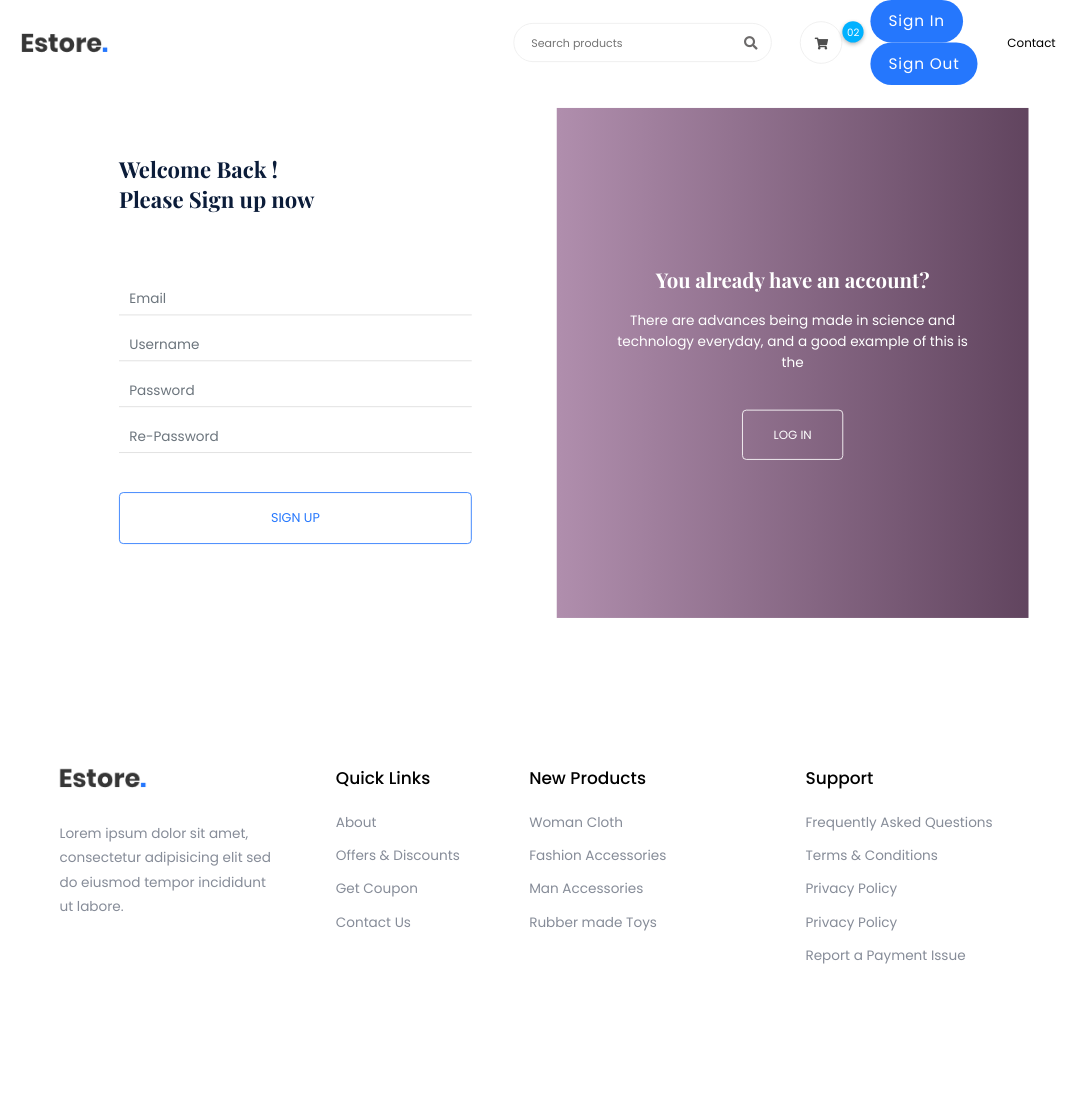
Repository: tuanloc782004/Estore-Bookshop-Website
Page: http://localhost/auth/register
These files come from the project's save history. The page is drawn as it stood at one moment and after the next save; the edit follows.
The browser window is 1280 px wide. The pictures show the whole page, at 85% of full size.
Some web fonts or font styles are not loaded; a fallback is used. The page is this project's Thymeleaf template; nobody is signed in. Other server files are loaded and not shown. The template is opened directly, without the code that normally fills it, so the values that code supplies are empty.

Above is the page before, as saved 2024-10-26 15:23:46.

### myscp/src/main/resources/templates/auth/register.html
<!doctype html>
<html lang="zxx" xmlns:th="http://www.thymeleaf.org"
	xmlns:sec="https://www.thymeleaf.org/extras/spring-security6">

<head th:replace="user/layout/head::head"></head>

<body>

	<div th:replace="user/layout/preloader-start::preloader-start"></div>

	<header th:replace="user/layout/header::header"></header>

	<!--================login_part Area =================-->
	<section class="login_part">
		<div class="container">
			<div class="row align-items-center">
				<div class="col-lg-6 col-md-6">
					<div class="login_part_form">
						<div class="login_part_form_iner">
							<div th:if="${param.error}">Invalid username and password.
							</div>
							<div th:if="${param.logout}">You have been logged out.</div>
							<h3>
								Welcome Back ! <br> Please Sign up now
							</h3>
							<form class="row contact_form" th:action="@{/register}"
								method="post" novalidate="novalidate">
								<div class="col-md-12 form-group p_star">
									<input type="email" class="form-control" id="email"
										name="email" value="" placeholder="Email">
								</div>
								<div class="col-md-12 form-group p_star">
									<input type="text" class="form-control" id="name"
										name="username" value="" placeholder="Username">
								</div>
								<div class="col-md-12 form-group p_star">
									<input type="password" class="form-control" id="password"
										name="password" value="" placeholder="Password">
								</div>
								<div class="col-md-12 form-group p_star">
									<input type="password" class="form-control" id="rePassword"
										name="rePassword" value="" placeholder="Re-Password">
								</div>
								<div class="col-md-12 form-group">
									<button type="submit" value="submit" class="btn_3">
										Sign up</button>
								</div>
							</form>
						</div>
					</div>
				</div>
				<div class="col-lg-6 col-md-6">
					<div class="login_part_text text-center">
						<div class="login_part_text_iner">
							<h2>You already have an account?</h2>
							<p>There are advances being made in science and technology
								everyday, and a good example of this is the</p>
							<a th:href="@{/login}" class="btn_3">Log in</a>
						</div>
					</div>
				</div>
			</div>
		</div>
	</section>
	<!--================login_part end =================-->

	<footer th:replace="user/layout/footer::footer"></footer>

	<div th:replace="user/layout/script::script"></div>

</body>

</html>

### myscp/src/main/resources/templates/user/layout/head.html
<head th:fragment="head">
<meta charset="utf-8">
<meta http-equiv="x-ua-compatible" content="ie=edge">
<title>Estore</title>
<meta name="description" content="">
<meta name="viewport" content="width=device-width, initial-scale=1">
<link rel="manifest" href="site.webmanifest">
<link rel="shortcut icon" type="image/x-icon"
	th:href="@{/assets/img/favicon.ico}">

<!-- CSS here -->
<link rel="stylesheet" th:href="@{/assets/css/bootstrap.min.css}">
<link rel="stylesheet" th:href="@{/assets/css/owl.carousel.min.css}">
<link rel="stylesheet" th:href="@{/assets/css/flaticon.css}">
<link rel="stylesheet" th:href="@{/assets/css/slicknav.css}">
<link rel="stylesheet" th:href="@{/assets/css/animate.min.css}">
<link rel="stylesheet" th:href="@{/assets/css/magnific-popup.css}">
<link rel="stylesheet" th:href="@{/assets/css/fontawesome-all.min.css}">
<link rel="stylesheet" th:href="@{/assets/css/themify-icons.css}">
<link rel="stylesheet" th:href="@{/assets/css/slick.css}">
<link rel="stylesheet" th:href="@{/assets/css/nice-select.css}">
<link rel="stylesheet" th:href="@{/assets/css/style.css}">
</head>

### myscp/src/main/resources/templates/user/layout/preloader-start.html
<!-- Preloader Start -->
<div id="preloader-active" th:fragment="preloader-start">
	<div class="preloader d-flex align-items-center justify-content-center">
		<div class="preloader-inner position-relative">
			<div class="preloader-circle"></div>
			<div class="preloader-img pere-text">
				<img th:src="@{/assets/img/logo/logo.png}" alt="">
			</div>
		</div>
	</div>
</div>
<!-- Preloader Start -->

### myscp/src/main/resources/templates/user/layout/header.html
<header th:fragment="header">
	<!-- Header Start -->
	<div class="header-area">
		<div class="main-header ">
			<div class="header-bottom  header-sticky">
				<div class="container-fluid">
					<div class="row align-items-center">
						<!-- Logo -->
						<div class="col-xl-1 col-lg-1 col-md-1 col-sm-3">
							<div class="logo">
								<a th:href="@{/}"><img th:src="@{/assets/img/logo/logo.png}"
									alt=""></a>
							</div>
						</div>
						<div class="col-xl-10 col-lg-10 col-md-10 col-sm-6">
							<ul
								class="header-right f-right d-flex justify-content-between align-items-center">
								<li class="d-none d-xl-block">
									<div class="form-box f-right ">
										<input type="text" name="Search" placeholder="Search products">
										<div class="search-icon">
											<i class="fas fa-search special-tag"></i>
										</div>
									</div>
								</li>
								<li>
									<div class="shopping-card">
										<a href="cart.html"><i class="fas fa-shopping-cart"></i></a>
									</div>
								</li>
								<li class="d-none d-lg-block"><sec:authorize
										access="isAnonymous()">
										<form th:action="@{/login}" method="get">
											<input type="submit" value="Sign In" class="btn header-btn"/>
										</form>
									</sec:authorize> <sec:authorize access="isAuthenticated()">
										<form th:action="@{/logout}" method="post">
											<input type="submit" value="Sign Out" class="btn header-btn"/>
										</form>
									</sec:authorize></li>
							</ul>
						</div>


						<div class="col-xl-1 col-lg-1 col-md-1 col-sm-3">
							<!-- Main-menu -->
							<div class="main-menu f-right d-none d-lg-block">
								<nav>
									<ul id="navigation">
										<li><a href="contact.html">Contact</a></li>
									</ul>
								</nav>
							</div>
						</div>
						<!-- Mobile Menu -->
						<div class="col-12">
							<div class="mobile_menu d-block d-lg-none"></div>
						</div>
					</div>
				</div>
			</div>
		</div>
	</div>
	<!-- Header End -->
</header>

### myscp/src/main/resources/templates/user/layout/footer.html
<footer th:fragment="footer">

	<!-- Footer Start-->
	<div class="footer-area footer-padding">
		<div class="container">
			<div class="row d-flex justify-content-between">
				<div class="col-xl-3 col-lg-3 col-md-5 col-sm-6">
					<div class="single-footer-caption mb-50">
						<div class="single-footer-caption mb-30">
							<!-- logo -->
							<div class="footer-logo">
								<a href="index.html"><img
									th:src="@{/assets/img/logo/logo2_footer.png}" alt=""></a>
							</div>
							<div class="footer-tittle">
								<div class="footer-pera">
									<p>Lorem ipsum dolor sit amet, consectetur adipisicing elit
										sed do eiusmod tempor incididunt ut labore.</p>
								</div>
							</div>
						</div>
					</div>
				</div>
				<div class="col-xl-2 col-lg-3 col-md-3 col-sm-5">
					<div class="single-footer-caption mb-50">
						<div class="footer-tittle">
							<h4>Quick Links</h4>
							<ul>
								<li><a href="#">About</a></li>
								<li><a href="#"> Offers & Discounts</a></li>
								<li><a href="#"> Get Coupon</a></li>
								<li><a href="#"> Contact Us</a></li>
							</ul>
						</div>
					</div>
				</div>
				<div class="col-xl-3 col-lg-3 col-md-4 col-sm-7">
					<div class="single-footer-caption mb-50">
						<div class="footer-tittle">
							<h4>New Products</h4>
							<ul>
								<li><a href="#">Woman Cloth</a></li>
								<li><a href="#">Fashion Accessories</a></li>
								<li><a href="#"> Man Accessories</a></li>
								<li><a href="#"> Rubber made Toys</a></li>
							</ul>
						</div>
					</div>
				</div>
				<div class="col-xl-3 col-lg-3 col-md-5 col-sm-7">
					<div class="single-footer-caption mb-50">
						<div class="footer-tittle">
							<h4>Support</h4>
							<ul>
								<li><a href="#">Frequently Asked Questions</a></li>
								<li><a href="#">Terms & Conditions</a></li>
								<li><a href="#">Privacy Policy</a></li>
								<li><a href="#">Privacy Policy</a></li>
								<li><a href="#">Report a Payment Issue</a></li>
							</ul>
						</div>
					</div>
				</div>
			</div>
		</div>
	</div>
	<!-- Footer End-->

</footer>

### myscp/src/main/resources/templates/user/layout/script.html
<div th:fragment="script">
	<!-- JS here -->

	<!-- All JS Custom Plugins Link Here here -->
	<script th:src="@{/assets/js/vendor/modernizr-3.5.0.min.js}"></script>
	<!-- Jquery, Popper, Bootstrap -->
	<script th:src="@{/assets/js/vendor/jquery-1.12.4.min.js}"></script>
	<script th:src="@{/assets/js/popper.min.js}"></script>
	<script th:src="@{/assets/js/bootstrap.min.js}"></script>
	<!-- Jquery Mobile Menu -->
	<script th:src="@{/assets/js/jquery.slicknav.min.js}"></script>

	<!-- Jquery Slick , Owl-Carousel Plugins -->
	<script th:src="@{/assets/js/owl.carousel.min.js}"></script>
	<script th:src="@{/assets/js/slick.min.js}"></script>

	<!-- One Page, Animated-HeadLin -->
	<script th:src="@{/assets/js/wow.min.js}"></script>
	<script th:src="@{/assets/js/animated.headline.js}"></script>
	<script th:src="@{/assets/js/jquery.magnific-popup.js}"></script>

	<!-- Scrollup, nice-select, sticky -->
	<script th:src="@{/assets/js/jquery.scrollUp.min.js}"></script>
	<script th:src="@{/assets/js/jquery.nice-select.min.js}"></script>
	<script th:src="@{/assets/js/jquery.sticky.js}"></script>
	<script src="./assets/js/jquery.magnific-popup.js"></script>

	<!-- contact js -->
	<script th:src="@{/assets/js/contact.js}"></script>
	<script th:src="@{/assets/js/jquery.form.js}"></script>
	<script th:src="@{/assets/js/jquery.validate.min.js}"></script>
	<script th:src="@{/assets/js/mail-script.js}"></script>
	<script th:src="@{/assets/js/jquery.ajaxchimp.min.js}"></script>

	<!-- Jquery Plugins, main Jquery -->
	<script th:src="@{/assets/js/plugins.js}"></script>
	<script th:src="@{/assets/js/main.js}"></script>
</div>

### myscp/src/main/resources/static/assets/js/contact.js
$(document).ready(function(){

    (function($) {
        "use strict";


    jQuery.validator.addMethod('answercheck', function (value, element) {
        return this.optional(element) || /^\bcat\b$/.test(value)
    }, "type the correct answer -_-");

    // validate contactForm form
    $(function() {
        $('#contactForm').validate({
            rules: {
                name: {
                    required: true,
                    minlength: 2
                },
                subject: {
                    required: true,
                    minlength: 4
                },
                number: {
                    required: true,
                    minlength: 5
                },
                email: {
                    required: true,
                    email: true
                },
                message: {
                    required: true,
                    minlength: 20
                }
            },
            messages: {
                name: {
                    required: "come on, you have a name, don't you?",
                    minlength: "your name must consist of at least 2 characters"
                },
                subject: {
                    required: "come on, you have a subject, don't you?",
                    minlength: "your subject must consist of at least 4 characters"
                },
                number: {
                    required: "come on, you have a number, don't you?",
                    minlength: "your Number must consist of at least 5 characters"
                },
                email: {
                    required: "no email, no message"
                },
                message: {
                    required: "um...yea, you have to write something to send this form.",
                    minlength: "thats all? really?"
                }
            },
            submitHandler: function(form) {
                $(form).ajaxSubmit({
                    type:"POST",
                    data: $(form).serialize(),
                    url:"contact_process.php",
                    success: function() {
                        $('#contactForm :input').attr('disabled', 'disabled');
                        $('#contactForm').fadeTo( "slow", 1, function() {
                            $(this).find(':input').attr('disabled', 'disabled');
                            $(this).find('label').css('cursor','default');
                            $('#success').fadeIn()
                            $('.modal').modal('hide');
		                	$('#success').modal('show');
                        })
                    },
                    error: function() {
                        $('#contactForm').fadeTo( "slow", 1, function() {
                            $('#error').fadeIn()
                            $('.modal').modal('hide');
		                	$('#error').modal('show');
                        })
                    }
                })
            }
        })
    })

 })(jQuery)
})

### myscp/src/main/resources/static/assets/js/mail-script.js
    // -------   Mail Send ajax

     $(document).ready(function() {
        var form = $('#myForm'); // contact form
        var submit = $('.submit-btn'); // submit button
        var alert = $('.alert-msg'); // alert div for show alert message

        // form submit event
        form.on('submit', function(e) {
            e.preventDefault(); // prevent default form submit

            $.ajax({
                url: 'mail.php', // form action url
                type: 'POST', // form submit method get/post
                dataType: 'html', // request type html/json/xml
                data: form.serialize(), // serialize form data
                beforeSend: function() {
                    alert.fadeOut();
                    submit.html('Sending....'); // change submit button text
                },
                success: function(data) {
                    alert.html(data).fadeIn(); // fade in response data
                    form.trigger('reset'); // reset form
                    submit.attr("style", "display: none !important");; // reset submit button text
                },
                error: function(e) {
                    console.log(e)
                }
            });
        });
    });

### myscp/src/main/resources/static/assets/js/plugins.js
// Avoid `console` errors in browsers that lack a console.
(function() {
    var method;
    var noop = function () {};
    var methods = [
        'assert', 'clear', 'count', 'debug', 'dir', 'dirxml', 'error',
        'exception', 'group', 'groupCollapsed', 'groupEnd', 'info', 'log',
        'markTimeline', 'profile', 'profileEnd', 'table', 'time', 'timeEnd',
        'timeline', 'timelineEnd', 'timeStamp', 'trace', 'warn'
    ];
    var length = methods.length;
    var console = (window.console = window.console || {});

    while (length--) {
        method = methods[length];

        // Only stub undefined methods.
        if (!console[method]) {
            console[method] = noop;
        }
    }
}());

// Place any jQuery/helper plugins in here.

Loaded but not shown: myscp/src/main/resources/static/assets/css/bootstrap.min.css (library); myscp/src/main/resources/static/assets/css/owl.carousel.min.css (common file); myscp/src/main/resources/static/assets/css/flaticon.css (common file); myscp/src/main/resources/static/assets/css/slicknav.css (common file); myscp/src/main/resources/static/assets/css/animate.min.css (library); myscp/src/main/resources/static/assets/css/magnific-popup.css (library); myscp/src/main/resources/static/assets/css/fontawesome-all.min.css (library); myscp/src/main/resources/static/assets/css/themify-icons.css (common file); myscp/src/main/resources/static/assets/css/slick.css (common file); myscp/src/main/resources/static/assets/css/nice-select.css (common file); myscp/src/main/resources/static/assets/css/style.css (library); myscp/src/main/resources/static/assets/js/popper.min.js (library); myscp/src/main/resources/static/assets/js/bootstrap.min.js (library); myscp/src/main/resources/static/assets/js/jquery.slicknav.min.js (library); myscp/src/main/resources/static/assets/js/owl.carousel.min.js (library); myscp/src/main/resources/static/assets/js/slick.min.js (library); myscp/src/main/resources/static/assets/js/wow.min.js (library); myscp/src/main/resources/static/assets/js/animated.headline.js (common file); myscp/src/main/resources/static/assets/js/jquery.magnific-popup.js (library); myscp/src/main/resources/static/assets/js/jquery.scrollUp.min.js (common file); myscp/src/main/resources/static/assets/js/jquery.nice-select.min.js (common file); myscp/src/main/resources/static/assets/js/jquery.sticky.js (library); myscp/src/main/resources/static/assets/js/jquery.form.js (library); myscp/src/main/resources/static/assets/js/jquery.validate.min.js (library); myscp/src/main/resources/static/assets/js/jquery.ajaxchimp.min.js (library); myscp/src/main/resources/static/assets/js/main.js (520 lines, source omitted)

After the next save:
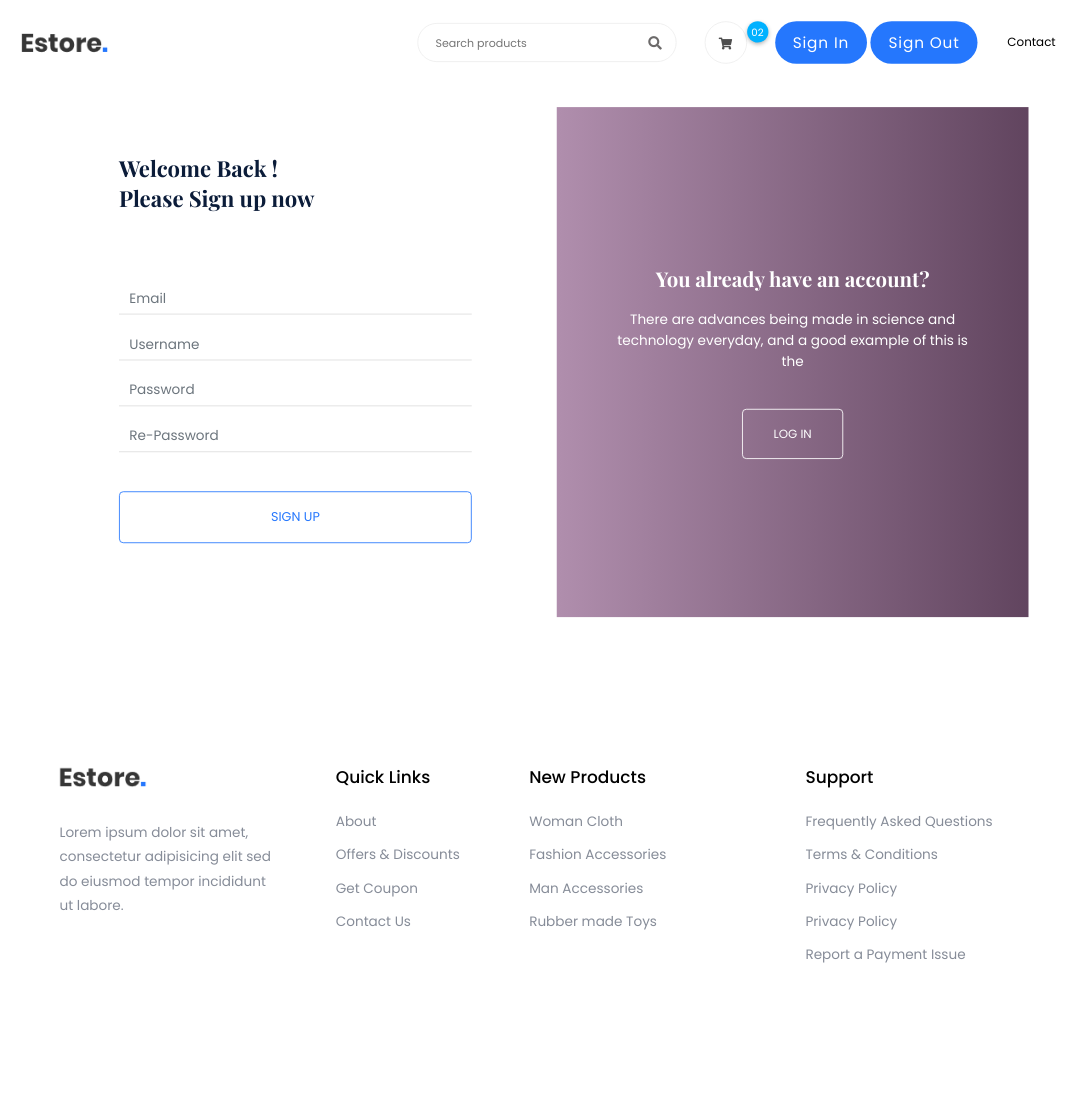
Saved 12 h 32 min later.
--- a/myscp/src/main/resources/templates/user/layout/header.html
+++ b/myscp/src/main/resources/templates/user/layout/header.html
@@ -30,13 +30,9 @@
 								</li>
 								<li class="d-none d-lg-block"><sec:authorize
 										access="isAnonymous()">
-										<form th:action="@{/login}" method="get">
-											<input type="submit" value="Sign In" class="btn header-btn"/>
-										</form>
+										<a th:href="@{/login}" class="btn header-btn">Sign in</a>
 									</sec:authorize> <sec:authorize access="isAuthenticated()">
-										<form th:action="@{/logout}" method="post">
-											<input type="submit" value="Sign Out" class="btn header-btn"/>
-										</form>
+										<a th:href="@{/logout}" class="btn header-btn">Sign out</a>
 									</sec:authorize></li>
 							</ul>
 						</div>
